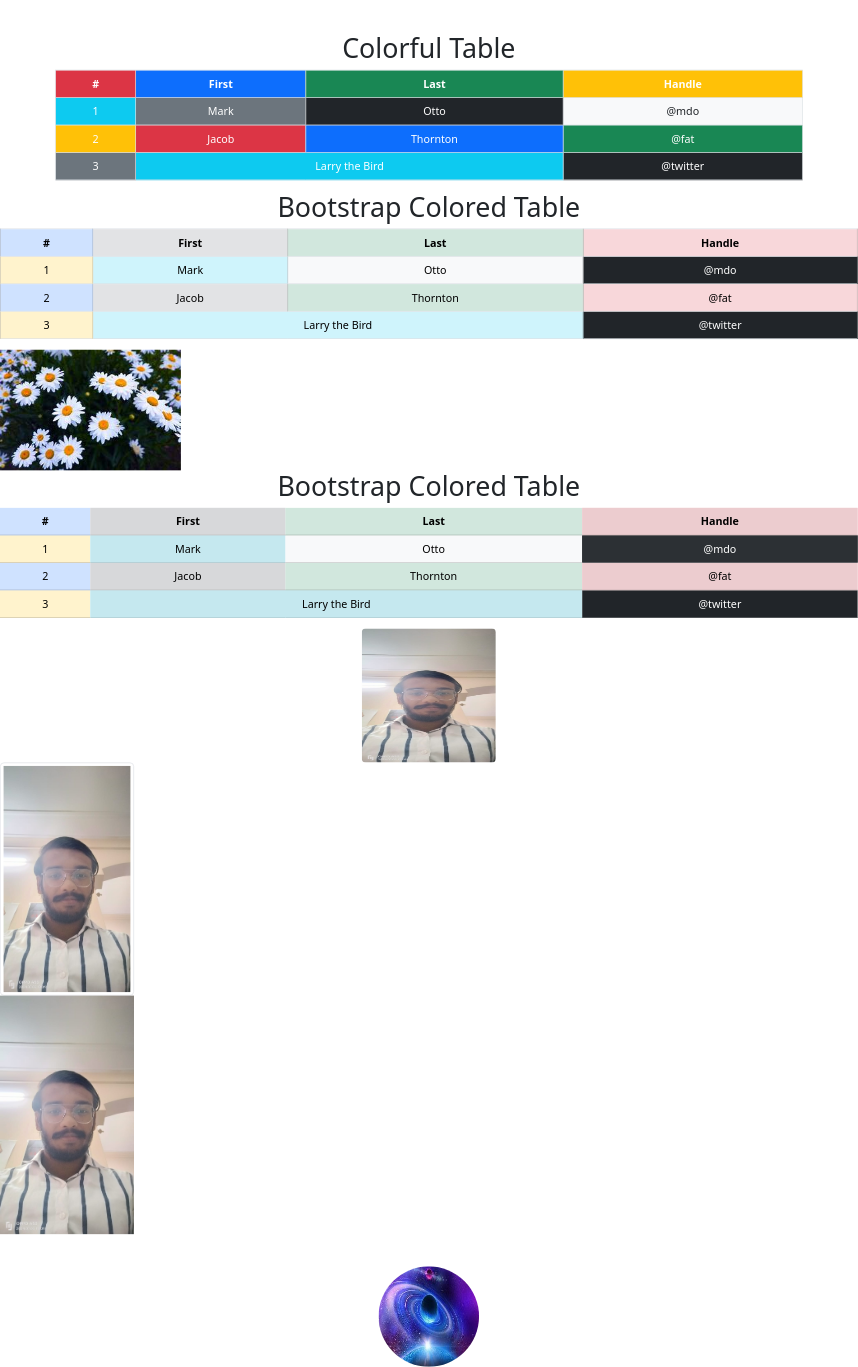
Repository: arunyerram/Web-TEChnologies
Page: BootstrapTables.html
The author's editor kept a copy of each file at every save. The page is drawn from the files as they stood at one save, then again after a run of saves.
The browser window is 1280 px wide. The pictures show the whole page, at 67% of full size.

Above is the page before, as saved 2025-02-22 12:21:15.

After the next 2 saves:
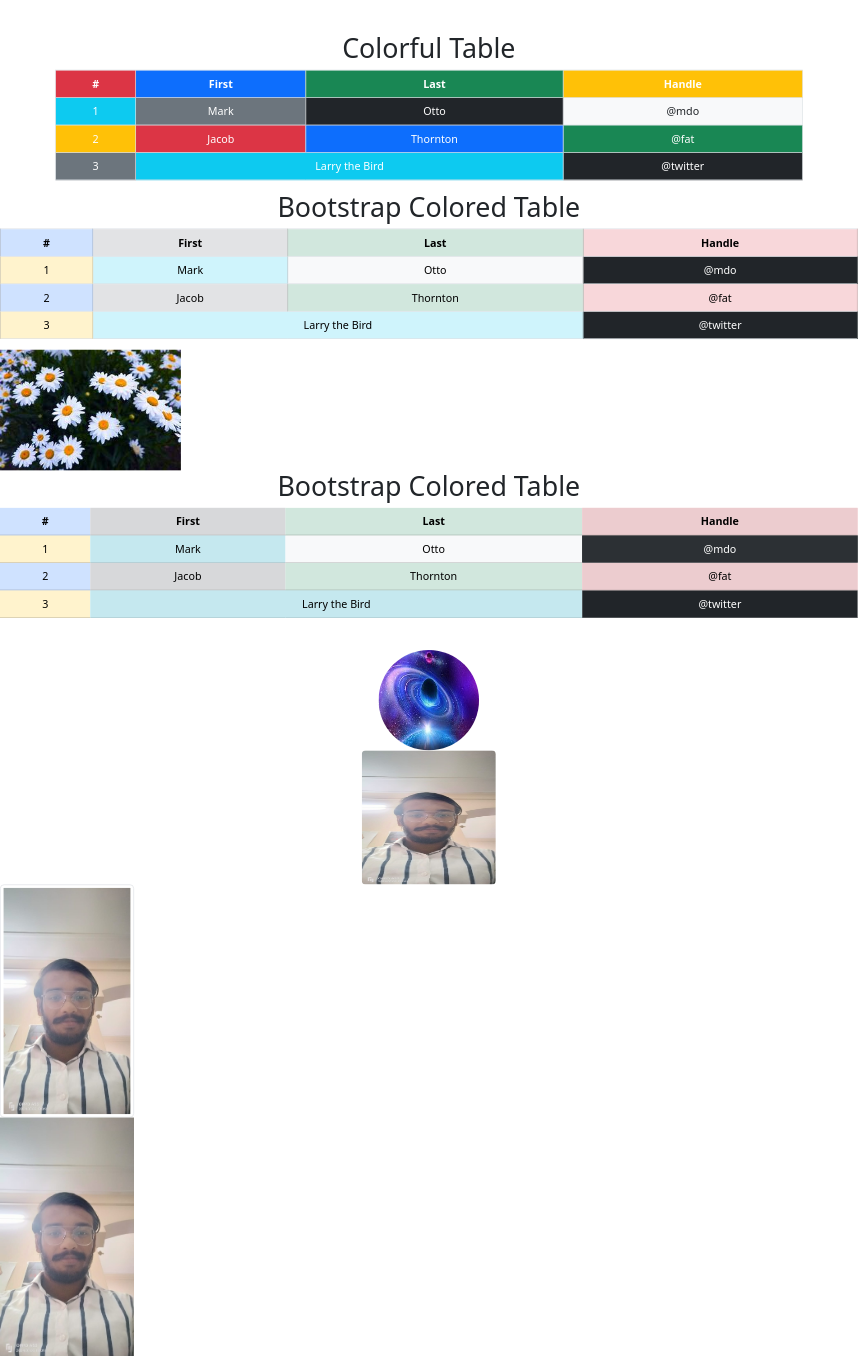
The 2 saves are shown as one change because they came seconds apart.
The last was saved 18 s later.
--- a/BootstrapTables.html
+++ b/BootstrapTables.html
@@ -117,15 +117,17 @@
             </tbody>
         </table>
 
+        <div class="container text-center mt-5">
+            <img src="universe.jpg" class="rounded-circle oval-image" alt="Oval Image"  width="150px" height="150px"
+            object-fit="cover">
+        </div>
+
         <img src="Arun.jpg" class="rounded mx-auto d-block" alt="..." height="200px" width="200px">
 
         <img src="Arun.jpg" class="img-thumbnail" alt="..." height="200px"  width="200px">
         <br/>
         <img src="Arun.jpg" class="img-fluid" alt="..." height="200px"  width="200px">
 
-        <div class="container text-center mt-5">
-            <img src="universe.jpg" class="rounded-circle oval-image" alt="Oval Image"  width="150px" height="150px"
-            object-fit="cover">
-        </div>
+
 </body>
 </html>
